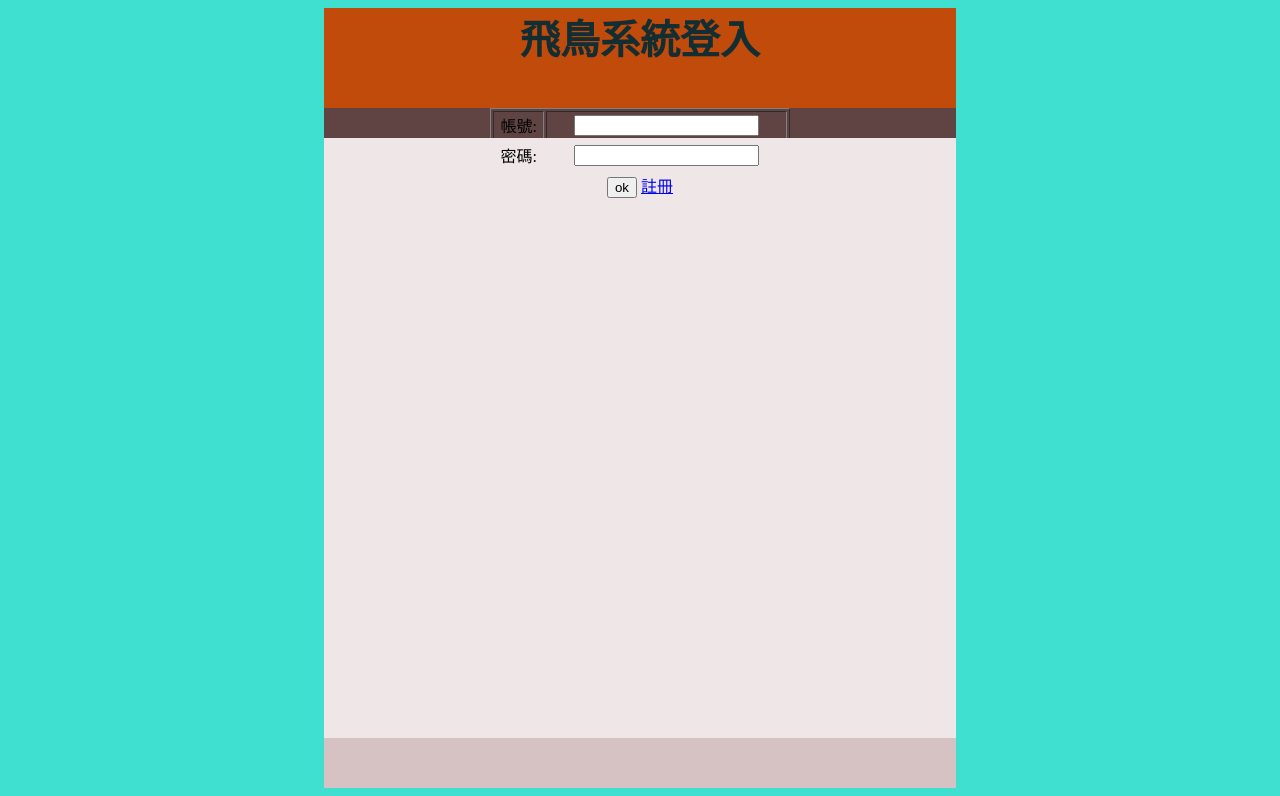
Repository: pride0420/portfolio
Page: Portfolio/1_springBoot/src/main/resources/static/index.html
These files come from the project's save history. The page is drawn as it stood at one moment and after the next save; the edit follows.
The browser window is 1280 px wide. The pictures show the whole page.

Above is the page before, as saved 2023-11-30 14:30:29.

### Portfolio/1_springBoot/src/main/resources/static/index.html
<!DOCTYPE html>
<html>
<link rel="stylesheet" href="css/index.css">
<head>
<meta charset="utf-8">
<title>Insert title here</title>
</head>
<body>
<form action="login" method="post">
<div id="header" >飛鳥系統登入</div>
	<div id="navigater"><table align="center" border="1" width=300>
		<tr align="center">
			<td>帳號:</td>
			<td><input type="text" name="username"></td>
		</tr>
		<tr align="center">
			<td>密碼:</td>
			<td><input type="password" name="password"></td>
		</tr>
		<tr align="center">
			<td colspan="2"><input type="submit" value="ok">
			<a href="addError">註冊</td>

		</tr>
	</table></div>
</form>
<div id="content"></div>
<div id="footer"></div>
</body>
</html>

### Portfolio/1_springBoot/src/main/resources/static/css/index.css
@charset "BIG5";
body{
	 background-color:  #40e0d0;
}
#header{
	background-color: #C14B0B;
	width: 50%;
	height:100px;
	margin-left: 25%;
	color: #132E32;
	font-weight:800;
	font-size:250%;
	text-align: center;
}
#navigater{

	background-color:#604443;
	width: 50%;
	height:30px;
	margin-left: 25%;
}
#nav{
	color:white;
	padding-left:60%;

}
#content{
	background-color:#EFE7E7;
	width: 50%;
	height:600px;
	margin-left: 25%;
}
#footer{
	background-color:#D6C2C2;
	width: 50%;
	height:50px;
	margin-left: 25%;
}

After the next save:
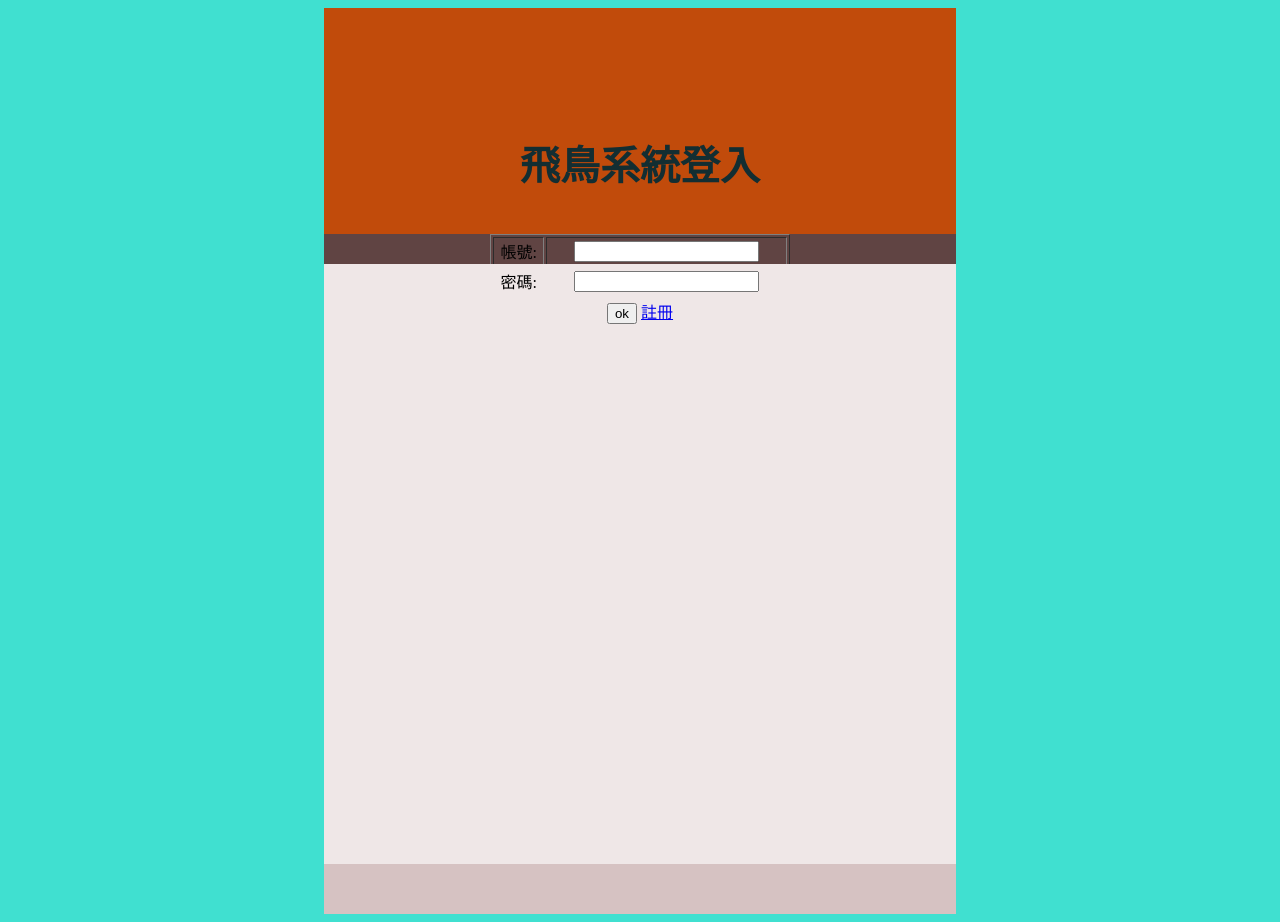
Saved 60 s later.
--- a/Portfolio/1_springBoot/src/main/resources/static/css/index.css
+++ b/Portfolio/1_springBoot/src/main/resources/static/css/index.css
@@ -11,6 +11,7 @@ body{
 	font-weight:800;
 	font-size:250%;
 	text-align: center;
+	padding-top: 10%;
 }
 #navigater{
 
